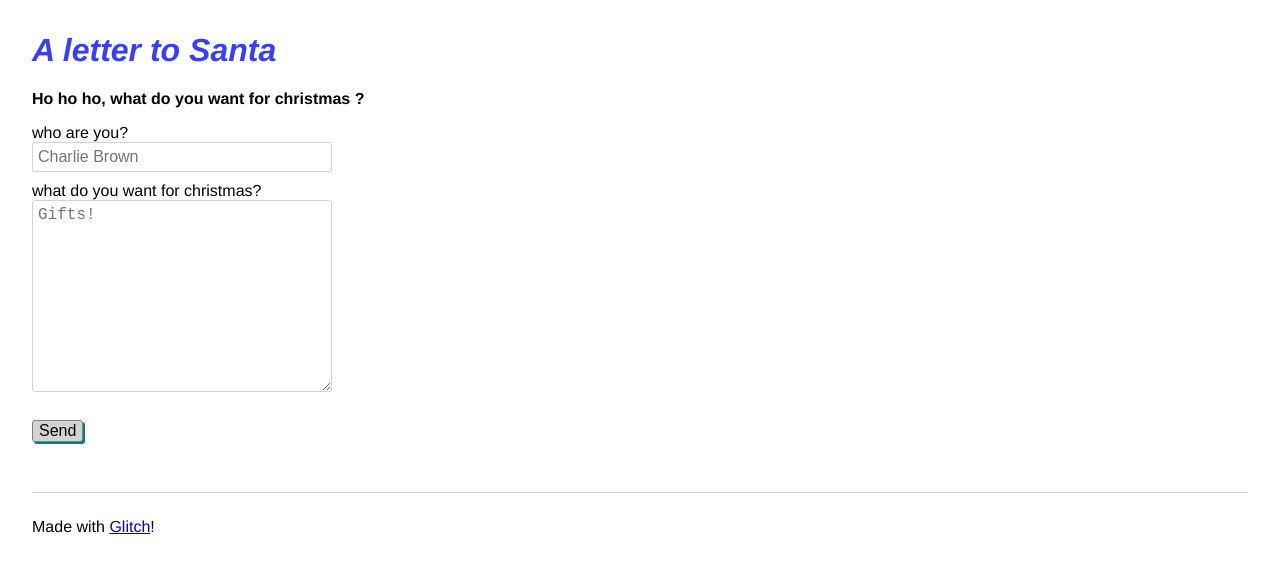
Repository: Jonashr/christmas-wishlist-server
Page: views/index.html
An editor plug-in stored every save of this project. The page is shown before and after the next save, followed by the edit.
The browser window is 1280 px wide. The pictures show the whole page.

Above is the page before, as saved 2020-09-02 15:31:03.

After the next save:
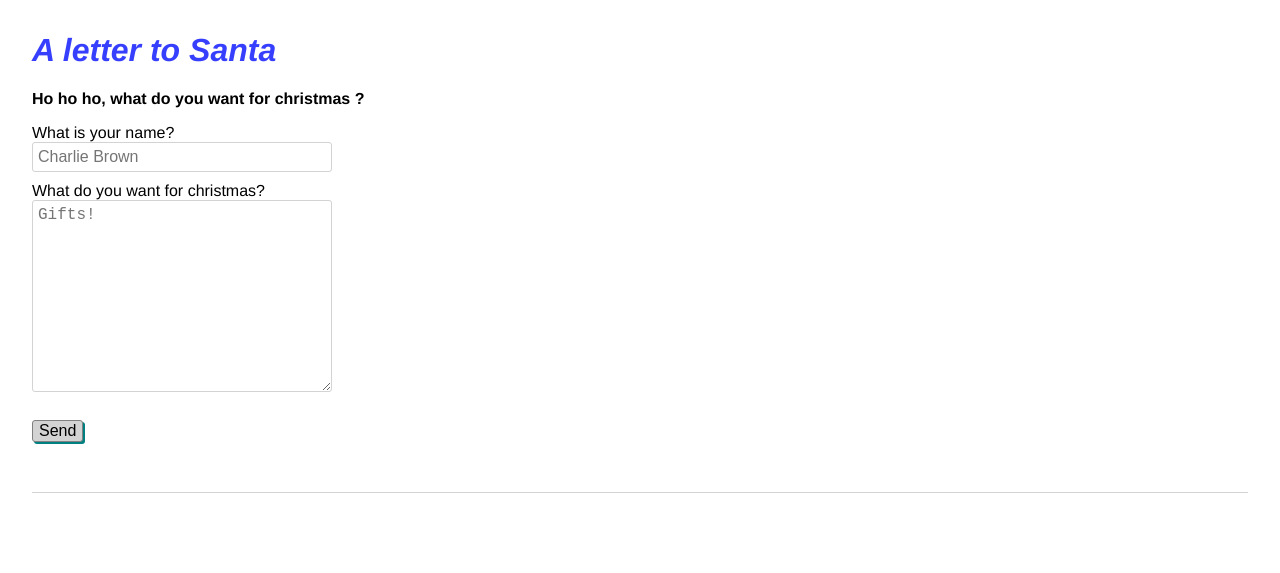
Saved 60 s later.
--- a/views/index.html
+++ b/views/index.html
@@ -35,10 +35,10 @@
   <main>
     <p class="bold">Ho ho ho, what do you want for christmas ?</p>
 
-    who are you?
+    What is your name?
     <input name="userid" placeholder="Charlie Brown" />
     <form method="post">
-      what do you want for christmas?
+      What do you want for christmas?
       <textarea name="wish" rows="10" cols="45" maxlength="100" placeholder="Gifts!"></textarea>
       <br/>
       <button type="submit" id="submit-letter">Send</button>
@@ -46,8 +46,7 @@
   </main>
 
   <footer>
-    Made with
-    <a href="https://glitch.com">Glitch</a>!
+
   </footer>
 
   <!-- include the Glitch button to show what the webpage is about and
